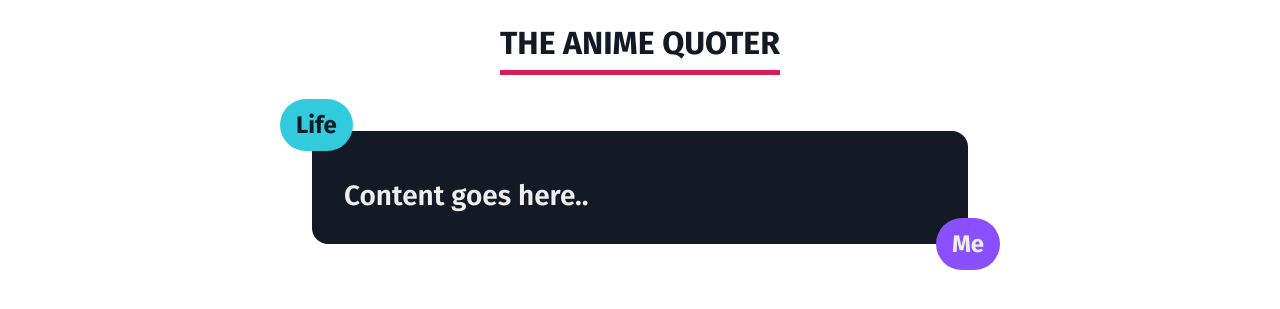
Repository: kate30980/quote-generator-vuejs
Page: /
The author's editor kept a copy of each file at every save. The page is drawn from the files as they stood at one save, then again after the next save.
The browser window is 1280 px wide. The pictures show the whole page.
The project was rebuilt for these pictures with package versions that can differ from the ones it lists, and the page was loaded fresh each time.

Above is the page before, as saved 2021-08-24 12:04:01.

### public/index.html
<!DOCTYPE html>
<html lang="">

<head>
  <meta charset="utf-8">
  <meta http-equiv="X-UA-Compatible" content="IE=edge">
  <meta name="viewport" content="width=device-width,initial-scale=1.0">
  <link rel="icon" href="<%= BASE_URL %>favicon.ico">
  <title>
    <%= htmlWebpackPlugin.options.title %>
  </title>
  <link rel="preconnect" href="https://fonts.googleapis.com">
  <link rel="preconnect" href="https://fonts.gstatic.com" crossorigin>
  <link href="https://fonts.googleapis.com/css2?family=Fira+Sans:wght@300;400;600;700&display=swap" rel="stylesheet">
</head>

<body>
  <noscript>
    <strong>We're sorry but <%= htmlWebpackPlugin.options.title %> doesn't work properly without JavaScript enabled.
        Please enable it to continue.</strong>
  </noscript>
  <div id="app"></div>
  <!-- built files will be auto injected -->
</body>

</html>

### src/App.vue
<template>
  <div class="app">
    <Header title="The Anime Quoter" />
    <Quote />
  </div>
</template>

<script>

import Header from './components/Header.vue';
import Quote from './components/Quote.vue'

export default {
  name: 'App',
  components: {
    Header,
    Quote
  }
}
</script>

<style Lang="sass">
:root{
  --primary: #D81E58;
  --secondary: #8A4FFF;
  --tertiary: #32CBDD;
  --dark: #131A26;
  --light: #EEE;
  --grey: #848484;
}
*{
  margin: 0;
  padding: 0;
  box-sizing: border-box;
  font-family: 'Fira Sans', sans-serif;
}
</style>

### src/components/Header.vue
<template>
    <header>
        <h1>{{ title }}</h1>
    </header>
</template>

<script>
export default {
  props: ['title']
}
</script>


<style Lang="sass" scoped>
header{
    padding: 24px 32px;
    display: flex;
    justify-content: center;
}
h1{
    font-size: 32px;
    color: var(--dark);
    font-weight: 700;
    text-align: center;
    text-transform: uppercase;
    padding-bottom: 8px;
    border-bottom: 5px solid var(--primary);

}
</style>

### src/components/Quote.vue
<template>
  <section class="quote">
      <div class="quote-content">
          Content goes here..
      </div>
      <div class="quote-info">
        <div class="quote-anime">
            Life
        </div>
        <div class="quote-author">
            Me
        </div>
      </div>
  </section>
</template>

<script>
export default {
  props: ['quote']
}
</script>


<style Lang="sass" scoped>
.quote{
    position: relative;
    margin: 0 auto;
    padding: 32px;
    max-width: 720px;
}
.quote-content{
    position: relative;
    font-size: 28px;
    font-weight: 600;
    background-color: var(--dark);
    color: var(--light);
    padding: 48px 32px 32px;
    border-radius:16px;
}
.quote-info{
    position: absolute;
    top: 0;left: 0;right: 0;bottom: 0;
    padding: 32px;
}
.quote-author,.quote-anime{
    position: absolute;
    padding: 12px 16px;
    font-size: 24px;
    font-weight: 700;
    border-radius: 99px;
    color: var(--light);
    text-align: center;
}
.quote-author{
    top: calc(100% - 32px);right: 0;
    transform: translateY(-50%);
    background-color: var(--secondary );
}
.quote-anime{
    top: 0;
    left: 0;
    background-color: var(--tertiary);
    color: var(--dark);
}
</style>

Loaded but not shown: src/main.js (common file)

After the next save:
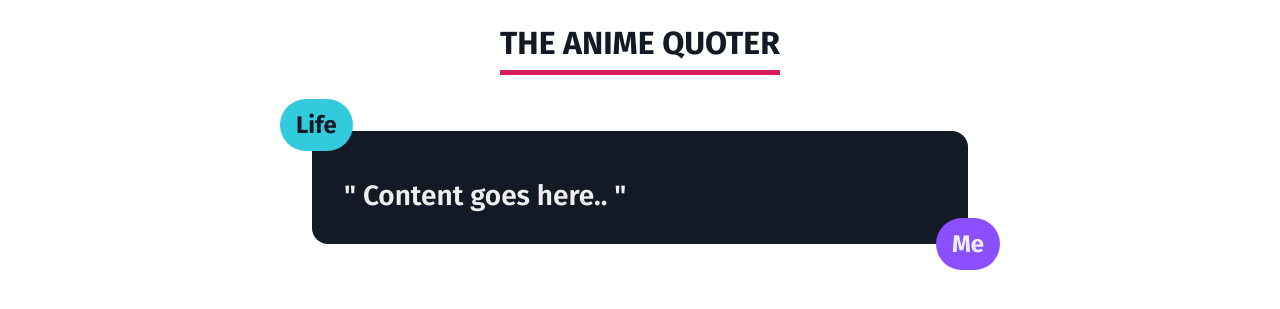
Saved 3 min 30 s later.
--- a/src/components/Quote.vue
+++ b/src/components/Quote.vue
@@ -37,6 +37,9 @@ export default {
     padding: 48px 32px 32px;
     border-radius:16px;
 }
+.quote-content:before, .quote-content:after{
+    content: '"';
+}
 .quote-info{
     position: absolute;
     top: 0;left: 0;right: 0;bottom: 0;
